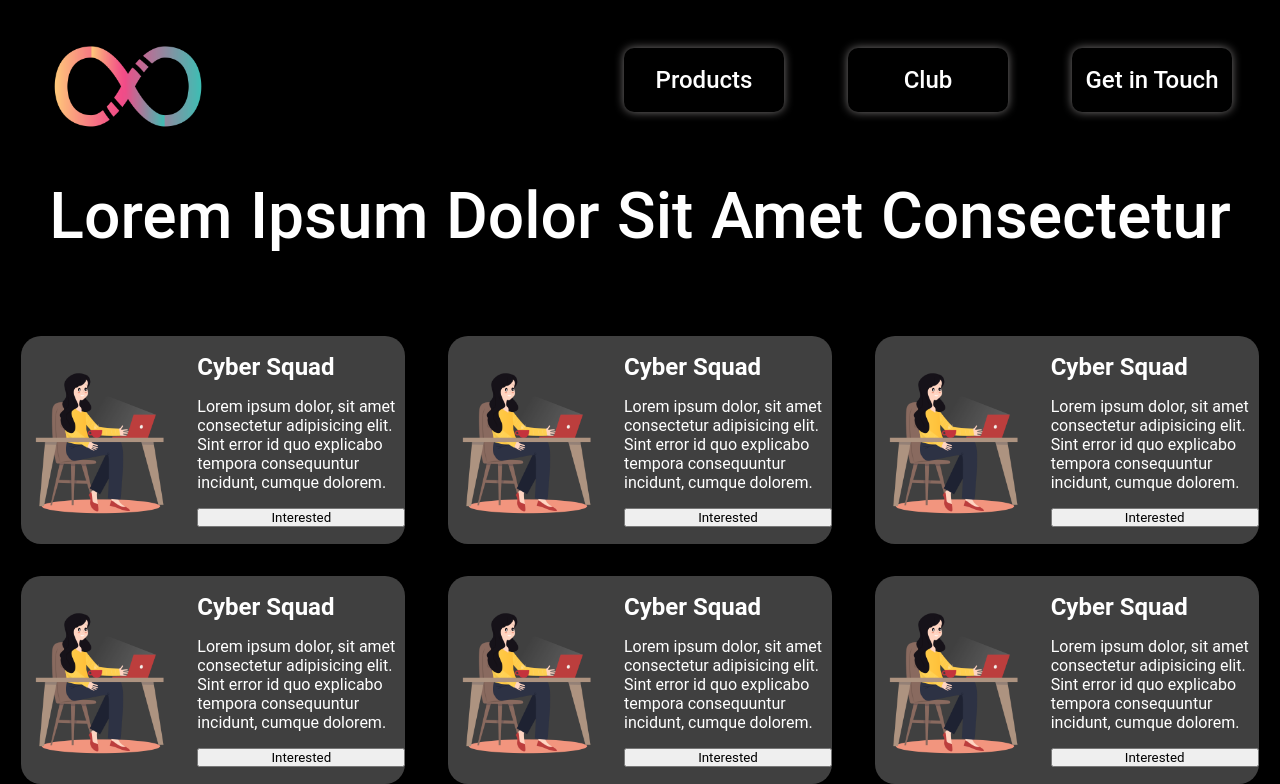
Repository: kapil4457/vizion-internship-project
Page: /
These files come from the project's save history. The page is drawn as it stood at one moment and after the next save; the edit follows.
The browser window is 1280 px wide. The pictures show the whole page.
The project was rebuilt for these pictures with package versions that can differ from the ones it lists, and the page was loaded fresh each time. Also part of the build but not shown: src/index.css.

Above is the page before, as saved 2022-10-29 10:10:28.

### public/index.html
<!DOCTYPE html>
<html lang="en">
  <head>
    <meta charset="utf-8" />
    <link rel="icon" href="%PUBLIC_URL%/favicon.ico" />
    <meta name="viewport" content="width=device-width, initial-scale=1" />
    <meta name="theme-color" content="#000000" />
    <meta
      name="description"
      content="Web site created using create-react-app"
    />
    <link rel="preconnect" href="https://fonts.googleapis.com">
    <link rel="apple-touch-icon" href="%PUBLIC_URL%/logo192.png" />
    <!--
      manifest.json provides metadata used when your web app is installed on a
      user's mobile device or desktop. See https://developers.google.com/web/fundamentals/web-app-manifest/
    -->
    <link rel="manifest" href="%PUBLIC_URL%/manifest.json" />
    <!--
      Notice the use of %PUBLIC_URL% in the tags above.
      It will be replaced with the URL of the `public` folder during the build.
      Only files inside the `public` folder can be referenced from the HTML.

      Unlike "/favicon.ico" or "favicon.ico", "%PUBLIC_URL%/favicon.ico" will
      work correctly both with client-side routing and a non-root public URL.
      Learn how to configure a non-root public URL by running `npm run build`.
    -->
    <title>React App</title>
  </head>
  <body>
    <noscript>You need to enable JavaScript to run this app.</noscript>
    <div id="root"></div>
    <!--
      This HTML file is a template.
      If you open it directly in the browser, you will see an empty page.

      You can add webfonts, meta tags, or analytics to this file.
      The build step will place the bundled scripts into the <body> tag.

      To begin the development, run `npm start` or `yarn start`.
      To create a production bundle, use `npm run build` or `yarn build`.
    -->
  </body>
</html>

### src/index.js
import React from 'react';
import ReactDOM from 'react-dom/client';
import './index.css';
import App from './App';
import reportWebVitals from './reportWebVitals';
import { BrowserRouter } from 'react-router-dom';
const root = ReactDOM.createRoot(document.getElementById('root'));
root.render(
  <BrowserRouter >
  <React.StrictMode>
    <App />
  </React.StrictMode>
  </BrowserRouter>
);

// If you want to start measuring performance in your app, pass a function
// to log results (for example: reportWebVitals(console.log))
// or send to an analytics endpoint. Learn more: https://bit.ly/CRA-vitals
reportWebVitals();

### src/App.js
import { Route, Routes } from 'react-router-dom';
import './App.css';
import Header from './components/Header/Header';
import Home from './components/Home/Home';

function App() {
  return (
   <>
<Header />
   <Routes>
<Route exact path='/' element={<Home />} />


   </Routes>



   </>
  );
}

export default App;

### src/App.css
*{
margin:0;
padding:0;
box-sizing: border-box;
font-family: 'Roboto', sans-serif;}

body{
  background-color: black;
  color : white;

}
a{
  text-decoration: none;;
  color:white;
}

.active{
  color:red;
}

### src/components/Header/Header.jsx
import React from "react";
import { NavLink } from "react-router-dom";
import Logo from "./logo.png";
import "./Header.css";
const Header = () => {
  return (
    <div className="main-header">
      <NavLink to="/" className="left-header">
        <img src={Logo} alt="" />
      </NavLink>
      <div className="right-header">
        <NavLink to="/products">Products</NavLink>
        <NavLink to="/club">Club</NavLink>
        <NavLink to="/contact">Get in Touch</NavLink>
      </div>
    </div>
  );
};

export default Header;

### src/components/Home/Home.jsx
import React from "react";
import { data } from "../../item";
import "./Home.css";
import HomeCard from "./HomeCard";
const Home = () => {
  return (
    <div className="main-home">
      <h2 className="heading">Lorem ipsum dolor sit amet consectetur</h2>

      <div className="home-card-container">
        {data.map((item, key) => (
          <HomeCard item={item} key={key} />
        ))}
      </div>
    </div>
  );
};

export default Home;

### src/components/Header/Header.css
.main-header{
    height:10rem;
    /* border:1px solid white */
    display:flex;
    justify-content: space-between;
    align-items: center;
    padding:0rem 3rem
}

.main-header > .left-header >img{
    height:10rem;

}

.main-header > .right-header
{
    display:flex;
    gap:4rem;
    font-size:1.5rem;
    font-weight:550
}

.main-header > .right-header>a{
    height:4rem;
    width:10rem;
    display:flex;
    justify-content: center;
   align-items: center;
   border-radius:10px;
   box-shadow: 0px 0px 10px rgba(243, 238, 238,0.5);
   transition: all 0.2s;
}
.main-header > .right-header>a:hover{

    box-shadow: 0px 0px 20px rgba(243, 238, 238,0.5);
    transform: scale(1.01);
   }

### src/item.js
export const data = [
    {
        title : "Cyber Squad",
        description : "Lorem ipsum dolor, sit amet consectetur adipisicing elit. Sint error id quo explicabo tempora consequuntur incidunt, cumque dolorem.        "
    },
    {
        title : "Cyber Squad",
        description : "Lorem ipsum dolor, sit amet consectetur adipisicing elit. Sint error id quo explicabo tempora consequuntur incidunt, cumque dolorem.        "
    },
    {
        title : "Cyber Squad",
        description : "Lorem ipsum dolor, sit amet consectetur adipisicing elit. Sint error id quo explicabo tempora consequuntur incidunt, cumque dolorem.        "
    },
    {
        title : "Cyber Squad",
        description : "Lorem ipsum dolor, sit amet consectetur adipisicing elit. Sint error id quo explicabo tempora consequuntur incidunt, cumque dolorem.        "
    },
    {
        title : "Cyber Squad",
        description : "Lorem ipsum dolor, sit amet consectetur adipisicing elit. Sint error id quo explicabo tempora consequuntur incidunt, cumque dolorem.        "
    },
    {
        title : "Cyber Squad",
        description : "Lorem ipsum dolor, sit amet consectetur adipisicing elit. Sint error id quo explicabo tempora consequuntur incidunt, cumque dolorem.        "
    }
]

### src/components/Home/Home.css
.main-home{
    color:white;
    width:100%;
    display: flex;
    flex-direction: column;
    gap:4rem

}

.main-home > h2{
    width:100%;
    height:7rem;
    display: flex;
    justify-content: center;
    align-items:center;
    font-size:4rem;
    word-spacing: 0.1rem;
    font-weight:450;
    text-transform: capitalize;

}


.main-home > .home-card-container{
    display:grid;
    grid-template-columns: 1fr 1fr 1fr;
    row-gap: 2rem;
    place-items: center;


}

### src/components/Home/HomeCard.jsx
import React from "react";
import "./HomeCard.css";
import Image from "./cardImage.png";
const HomeCard = ({ item }) => {
  return (
    <div className="home-card">
      <img src={Image} alt="" />
      <div className="card-info">
        <h2>{item.title}</h2>
        <p>{item.description}</p>
        <button>Interested</button>
      </div>
    </div>
  );
};

export default HomeCard;

### src/components/Home/HomeCard.css
.home-card{
    width:90%;
    height:13rem;
    display:flex;
    gap:1rem;
    align-items: center;
    background-color: rgba(128, 128, 128,0.5);
    border-radius: 20px;
}
.home-card>img{
    height:10rem;

}
.home-card > .card-info{
    display:flex;
    flex-direction: column;
    gap:1rem;
    justify-content: center;
    justify-items: center;

}

Loaded but not shown: src/reportWebVitals.js (common file)

After the next save:
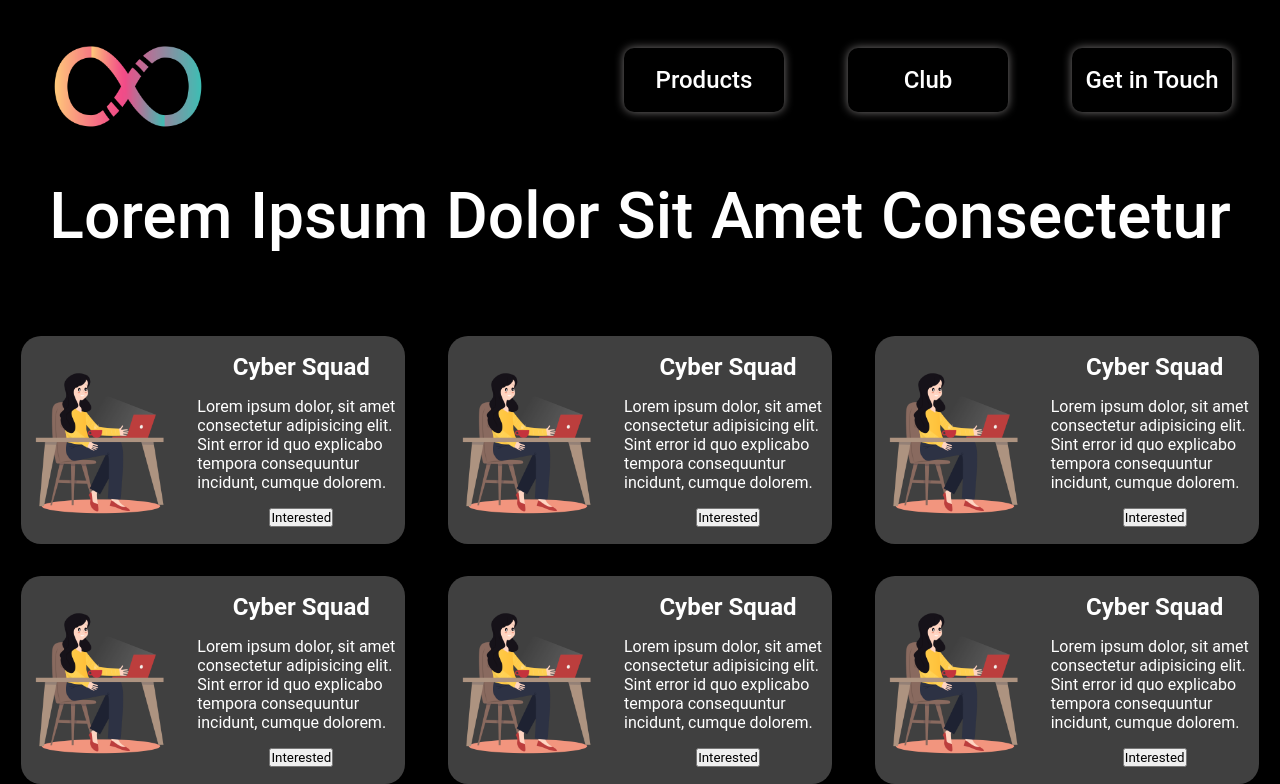
Saved 4 s later.
--- a/src/components/Home/HomeCard.css
+++ b/src/components/Home/HomeCard.css
@@ -16,6 +16,6 @@
     flex-direction: column;
     gap:1rem;
     justify-content: center;
-    justify-items: center;
+    align-items: center;
 
 }
